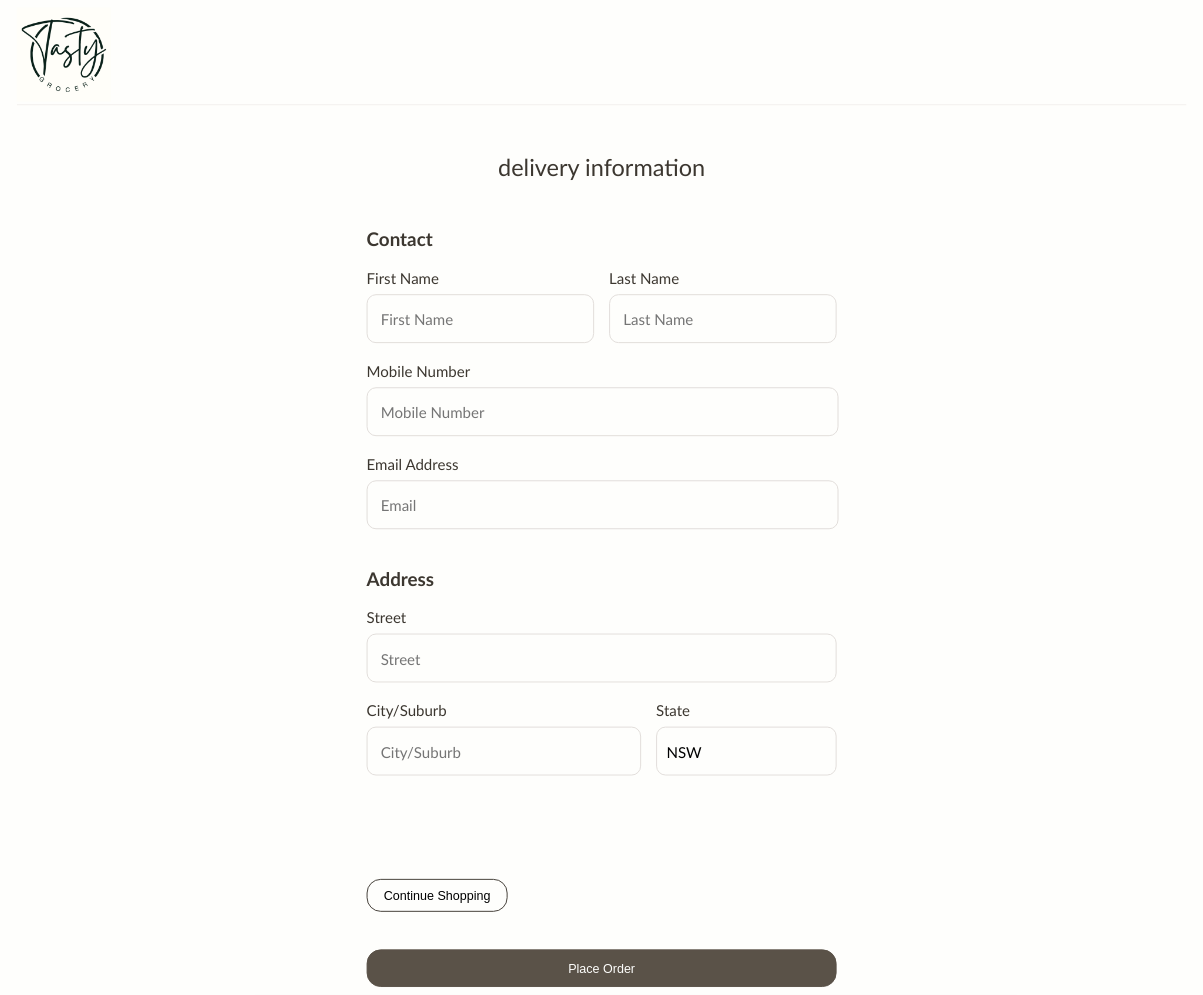
Repository: hxycindyhxy/TastyGrocery
Page: http://localhost/delivery.php
The author's editor kept a record of every edit. The page is drawn from the files as they stood at one moment, then again after the next edit.
The browser window is 1280 px wide. The pictures show the whole page, at 94% of full size.
The page is run by PHP 8.4 with error messages shown; the project is at /var/www/html/.

Above is the page before.
Console error: SyntaxError: missing ) after argument list

### delivery.php
<!DOCTYPE html>
<html lang="en">
<head>
  <meta charset="UTF-8">
  <meta name="viewport" content="width=device-width, initial-scale=1.0">
  <title>Tasty Grocery</title>
  <link rel="stylesheet" href="style.css">
</head>
<body>
  <header>
    <a href="index.php" id="logo-button">
      <img src="img/Tasty.png" alt="Logo">
    </a>
  </header>
  <div class="border-title">
    <div class="delivery-title">
      delivery information
    </div>
  </div>
  <div class="form-container">
    <div id="delivery-info-form">
      <div id="info-recipient">
        <div class="delivery-subtitle">
          Contact
        </div>
        <div class="name-input-container">
          <div id="first-name-block" class="input-vertical">
            <div class="sub-sub-title">First Name</div>
            <input type="text" placeholder="&nbsp;First Name" name="first-name" id="first-name-input">
            <div id="first-name-alert"></div>
          </div>
          <div id="last-name-block" class="input-vertical">
            <div class="sub-sub-title">Last Name</div>
            <input type="text" placeholder="&nbsp;Last Name" name="last-name" id="last-name-input">
            <div id="last-name-alert"></div>
          </div>
        </div>
        <div id="mobile-number-input-container" class="input-vertical">
          <div class="sub-sub-title">Mobile Number</div>
          <input type="text" placeholder="&nbsp;Mobile Number" name="mobile-number" id="mobile-input">
          <div id="mobile-alert"></div>
        </div>
        <div id="email-input-container" class="input-vertical">
          <div class="sub-sub-title">Email Address</div>
          <input id="email-input" type="text" placeholder="&nbsp;Email">
          <div id="email-alert"></div>
        </div>
      </div>
      <div id="info-address">
        <div class="delivery-subtitle">
          Address
        </div>
        <div id="street-container" class="input-vertical">
          <div class="sub-sub-title">Street</div>
          <input type="text" placeholder="&nbsp;Street" name="street" id="address-input">
          <div id="street-alert"></div>
        </div>
        <div class="more-address-container">
          <div id="city-block" class="input-vertical">
            <div class="sub-sub-title">City/Suburb</div>
            <input type="text" placeholder="&nbsp;City/Suburb" name="city-or-suburb" id="city-input">
            <div id="city-alert"></div>
          </div>
          <div id="state-block" class="input-vertical">
            <div class="sub-sub-title">State</div>
            <select id="state-option" name="state">
              <option>NSW</option>
              <option>VIC</option>
              <option>QLD</option>
              <option>WA</option>
              <option>SA</option>
              <option>TAS</option>
              <option>ACT</option>
              <option>NT</option>
              <option>Others</option>
            </select>
          </div>
        </div>
      </div>
      <div id="validation"></div>
      <div class="order-container">
        <button id="takeBackBtn" class="continue-shopping-btn" onclick="window.location.href='index.php'">
          Continue Shopping
        </button>
        <button id="place-order-btn">
          Place Order
        </button>
      </div>
    </div>
  </div>

  <script src="delivery.js"></script>
</body>
</html>

### style.css

/* body */
body {
  background-color: #fefefc;
  padding-left: 10px;
  padding-right: 10px;s
  display: flex;
  justify-content: center;
  flex-direction: column;
  font-family:'Trebuchet MS', 'Lucida Sans Unicode', 'Lucida Grande', 'Lucida Sans', Arial, sans-serif;
  color: rgb(60, 55, 48);
}

/* header */
header {
  display: flex;
  flex-direction: row;
  align-items: center;
  justify-content: space-between;
}

/* logo button */
#logo-button {
  border:none;
  padding: none;
  background: none;
  cursor: pointer;
}

#logo-button img {
  height: 10vh;
  min-height: 100px;
}

/* shopping cart */
#cart-btn {
  border:none;
  padding: none;
  background: none;
  cursor: pointer;
}

#cart-btn img{
  height: 3vh;
  min-height: 30px;
}

/* search box */
#search-box {
  background-color: rgb(242, 239, 236);
  width: 40vw;
  height: 35px;
  border-radius: 15px;
}

#search-box form {
  width: 40vw;
  display: flex;
  flex-direction: row;
  align-items: center;
  justify-content: space-around;
}

#search-box input {
  all: unset;
  border:none;
  background-color: rgb(242, 239, 236);
  height: 25px;
  width: 30vw;
  padding-top: 4px;
  padding-left: 5px;
  border-radius: 15px;
}

#search-box button {
  border:none;
  padding: none;
  background: none;
  cursor: pointer;
}

#search-box button img {
  padding-top: 6px;
  height: 20px;
}

/* navigation bar */
#nav-bar {
  border-width: 1px 0 0 0;
  border-color: rgb(242, 239, 236);
  border-style: solid;
  justify-content:center;
  display: flex;
  flex-direction: row;
}

.catogory {
  margin: 10px 40px 10px 40px;
  font-size: 16px;
}

.catogory a {
  all: unset;
  border:none;
  padding: none;
  background: none;
  cursor: pointer;
}

.catogory a:hover {
  color: rgb(81, 135, 81);
  text-decoration: underline;
}

.sub-cat {
  color: rgb(81, 135, 81);
  position: absolute;
  display: none;
  flex-direction: column;

  padding-top: 16px;
  width: 150px;
}

.sub-cat a {
  padding-right: 20px;
  padding-bottom: 10px;
}

.catogory:hover .sub-cat {
  display: flex;
}

/* display item */
#grid-container {
  display: grid;
  grid-template-columns: 1fr 1fr 1fr 1fr; /* 4 equal columns */
  gap: 10px; /* Space between grid items */
  padding: 10px;
  margin: 80px 100px 0 100px;

  max-width: 1200px;
  margin-left: auto;
  margin-right: auto;
}

.grid-item {
  text-align: center;
  margin: 0 1vw 60px 1vw;
}

.image-container {
  background:rgb(242, 239, 236);
  padding: 8%;
  align-items: center;
  justify-content: center;
}

.image-container:hover {
  background-color: rgb(230, 208, 187);
}

.grid-item img {
  max-width: 80%;
  object-fit: contain;
}

.item-details {
  display: flex;
  flex-direction: column;
  justify-content: left;
  text-align:left;
  margin: 10px 0 0 0;
}

.item-name {
  font-size: 18px;
  margin-bottom: 15px;
}

.item-price {
  font-size: 15px;
  margin-bottom: 2px;
  color: rgb(113, 107, 100);
}

.item-unit {
  font-size: 15px;
  margin-bottom: 2px;
  color: rgb(113, 107, 100);
}

.item-stock-status {
  font-size: 15px;
  color: rgb(113, 107, 100);
}

.add-button {
  margin-top: 18px;
  width: 100%;
  height: 30px;

  border:none;
  border-style: solid;
  border-radius: 15px;
  border-width: 1px;
  border-color: rgb(60, 55, 48);
  padding: none;
  background: none;
}

.add-button:hover {
  cursor: pointer;
  border:none;
  color:#fefefc;
  background-color: rgb(60, 55, 48);
}

.add-button:active {
  background-color: rgb(81, 135, 81);
}

.add-button-disabled {
  margin-top: 18px;
  width: 100%;
  height: 30px;

  border:none;
  border-style: solid;
  border-radius: 15px;
  border-width: 1px;
  border-color: rgb(211, 211, 211);
  padding: none;
  background: none;
}

.add-button:disabled {
  color: #666;
  pointer-events: none;
  opacity: 0.5;
}

/* shopping cart */
#cart-page {
  width: 100vw;
  height: 100vh;
  display: none;
  flex-direction: row;

  position: fixed;
  top: 50%;
  left: 50%;
  transform: translate(-50%, -50%);
}

.cart-page-left {
  flex:2;
  background-color: black;
  opacity: 0.4;
}

.cart-page-right {
  flex:1;
  min-width: 450px;
  background-color: #fefefc;
  display: flex;
  flex-direction: column;
}

.cart-top {
  display: flex;
  flex-direction: row;
  justify-content: space-between;
  margin: 40px 30px 0px 30px;
  flex: 1;
  align-items: center;
}

.cart-title {
  font-size: 20px;
}

#cart-close-btn {
  all: unset;
  cursor: pointer;
}

#cart-close-btn:hover {
  color: rgb(81, 135, 81);
  cursor: pointer;
}

.cart-bottom {
  flex: 1;
  margin: 30px;
  display: flex;
  justify-content: center;
}

#check-out-btn {
  width: 30vw;
  height: 40px;

  border:none;
  border-style: solid;
  border-radius: 15px;
  border-width: 1px;
  border-color: rgb(90, 82, 72);
  padding: none;
  color:#fefefc;
  background-color: rgb(90, 82, 72);
}

#check-out-btn:hover {
  cursor: pointer;
  border:none;
  color:#fefefc;
  background-color: rgb(60, 55, 48);
}

#check-out-btn:disabled {
  background-color: #ccc;
  color: #666;
  pointer-events: none;
  opacity: 0.6;
}

.cart-content {
  flex: 10;
  margin: 30px 30px 0 30px;
}

.cart-item {
  display: grid;
  grid-template-columns: 1fr 1fr 1fr 1fr 1fr;
  gap: 3px;
  padding: 5px;

  border-style: solid;
  border-width: 0 0 1px 0;
  border-color: rgb(242, 239, 236);
}

.cart-item-image img{
  width: 100%;
  margin-right: 5px;
}

.cart-item-name {
  text-align: right;
  color: rgb(113, 107, 100);
}

.cart-item-unit-price {
  text-align: right;
  margin-right: 10px;
}

.cart-item-quantity {
  text-align: right;
}

.cart-item-remove {
  text-align: right;
}

.cart-item-remove button {
  all: unset;
}

.cart-item-remove button:hover {
  background-color: rgb(242, 239, 236);
  cursor: pointer;
}

.cart-total-price-container {
  flex: 0.5;
  text-align: right;
  margin: 30px;
  display: flex;
  flex-direction: row;
  justify-content: right;
  font-size: 18px;
}

.cart-item-quantity button {
  all: unset;
  cursor: pointer;
}

.remove-all-container {
  display: flex;
  justify-content: center;
  margin: 30px;
}

.remove-one-btn img {
  width: 20px;
}

#remove-all-btn {
  width: 100px;
  height: 30px;

  border:none;
  border-style: solid;
  border-radius: 15px;
  border-width: 1px;
  border-color: rgb(90, 82, 72);
  padding: none;
  color: rgb(90, 82, 72);
  background: none;
}

#remove-all-btn:hover {
  cursor: pointer;
  border:none;
  color:#fefefc;
  background-color: rgb(90, 82, 72);
}

.cart-item-quantity .minus-btn, .cart-item-quantity .plus-btn {
  border-style: solid;
  border-width: 1px;
  border-color: rgb(90, 82, 72);
}

.minus-btn:disabled, .plus-btn:disabled {
  background-color: #ccc;
  color: #666;
  pointer-events: none;
  opacity: 0.6;
}

.cart-item-quantity .minus-btn:hover {
  cursor: pointer;
  color:#fefefc;
  background-color: rgb(90, 82, 72);
}

.cart-item-quantity .plus-btn:hover {
  cursor: pointer;
  color:#fefefc;
  background-color: rgb(90, 82, 72);
}

/* delivery page*/
.border-title {
  border-width: 1px 0 0 0;
  border-color: rgb(242, 239, 236);
  border-style: solid;

  display: flex;
  flex-direction: row;
  justify-content: center;
}

.delivery-title {
  margin: 50px;
  font-size: 25px;
}

.form-container {
  display: flex;
  justify-content: center;
}

#delivery-info-form {
  width: 500px;
}

#delivery-info-form input {
  all: unset;
  border: solid;
  border-width: 1.5px;
  border-color: rgb(224, 220, 217);
  border-radius: 10px;
  height: 50px;
  padding-left: 10px;
}

#delivery-info-form input:focus {
  border-color: rgb(90, 82, 72);
}

#state-option {
  all: unset;
  border: solid;
  border-width: 1.5px;
  border-color: rgb(224, 220, 217);
  border-radius: 10px;
  height: 50px;
  padding-left: 10px;

  align-items: center;
  color: black;
}

#state-option:focus {
  border-color: rgb(90, 82, 72);
}

.delivery-subtitle {
  font-size: 20px;
  margin-bottom: 20px;
  font-weight: bold;
}

.name-input-container, .more-address-container {
  display: flex;
  flex-direction: row;
  justify-content: space-between;
  margin-top: 20px;
}

.input-vertical {
  display: flex;
  flex-direction: column;
}

.sub-sub-title {
  margin-bottom: 8px;
}

#first-name-block input {
  width: 230px;
}

#last-name-block input {
  width: 230px;
}

#mobile-number-input-container, #email-input-container {
  margin-top: 20px;
}

#mobile-number-input-container input {
  width: 490px;
}

#email-input-container input {
  width: 490px;
}

#info-address {
  margin-top: 40px;
}

#city-block input {
  width: 280px;
}

#state-option {
  width: 180px;
}

#place-order-btn {
  width: 500px;
  height: 40px;
  margin-top: 40px;

  border:none;
  border-style: solid;
  border-radius: 15px;
  border-width: 1px;
  border-color: rgb(90, 82, 72);
  padding: none;
  color:#fefefc;
  background-color: rgb(90, 82, 72);
}

#place-order-btn:hover {
  cursor: pointer;
  border:none;
  color:#fefefc;
  background-color: rgb(60, 55, 48);
}

#place-order-btn:disabled {
  background-color: #ccc;
  color: #666;
  pointer-events: none;
  opacity: 0.6;
}

.alert-msg {
  font-size: 15px;
  color: red;
  margin-top: 3px;
}

#validation {
  justify-content: center;
  text-align: center;
  margin-top: 30px;
  color: red;
}

/* confirmation page */
.confirmation-img-container {
  display: flex;
  justify-content: center;
}

.confirmation-img-container img {
  margin-top: 10px;
  width: 70px;
  opacity: 0.6;
}

.confirm-msg {
  margin-top: 60px;
  font-size: 20px;
  text-align: center;
}

.continue-shopping {
  display: flex;
  justify-content: center;
}

.continue-shopping-btn {
  margin-top: 80px;
  width: 150px;
  height: 35px;

  border:none;
  border-style: solid;
  border-radius: 15px;
  border-width: 1px;
  border-color: rgb(60, 55, 48);
  padding: none;
  background: none;
}

.continue-shopping-btn:hover {
  cursor: pointer;
  border:none;
  color:#fefefc;
  background-color: rgb(60, 55, 48);
}

#takeBackBtn {
  justify-content: center;
  text-align: center;
  /*display: none;*/
}

#confirm-email {
  color: rgb(81, 135, 81);
}

### delivery.js
//Get All the Input Box
const emailInput = document.getElementById('email-input');
const firstNameInput = document.getElementById('first-name-input');
const lastNameInput = document.getElementById('last-name-input');
const mobileInput = document.getElementById('mobile-input');
const streetInput = document.getElementById('address-input');
const cityInput = document.getElementById('city-input');

const placeOrderBtn = document.getElementById('place-order-btn');
placeOrderBtn.disabled = true;

const takeBackBtn = document.getElementById('takeBackBtn');

let emailPass = false;
let firstNamePass = false;
let lastNamePass = false;
let mobilePass = false;
let streetPass = false;
let cityPass = false;

//Place Order Button
function changeOrderBtnStatus() {
  if ((emailPass === true) && (firstNamePass === true) && (lastNamePass === true) && (mobilePass === true) && (streetPass === true) && (cityPass === true)) {
    placeOrderBtn.disabled = false;
  } else {
    placeOrderBtn.disabled = true;
  }
}

placeOrderBtn.addEventListener('click', async () => {
  const msg = await checkStockValidation();
  console.log(msg)

  if (msg === false) {
    placeOrderBtn.style.display = "none";
    takeBackBtn.style.display = "block";
  } else {
    window.location.href = "confirmation.html";
    localStorage.removeItem('cart');
  }
});

//Update Database After Confirmation of Order
function updateDatabase() {
  const cart = JSON.parse(localStorage.getItem('cart');

  try {
    const response = await fetch('updateDatabase.php', {
      method: 'POST',
      headers: { 'Content-Type': 'application/json' },
      body: JSON.stringify({ cart })
    });
}


//Validate the Number of Stock
async function checkStockValidation() {
  try {
    const response = await fetch('validation.php');
    const data = await response.json();
    const msg = await matchItemToStock(data);
    return msg;
  } catch (error) {
    console.error('Error:', error);
  }
};

function matchItemToStock(data) {
  let validateMsgList = ""

  let cart = localStorage.getItem('cart')
  cart = JSON.parse(cart);

  for (const cartItem of cart) {
    for (let key in cartItem) {
      let productName = key;
      let quantityInCart = cartItem[key];

      const productStockData = data.find(item => item.Name === productName);
      if (quantityInCart > productStockData.StockNumber) {
        validateMsgList += `${productName} `;
      };
    }
  };
  if (validateMsgList !== "") {
    postInvalidMsg(validateMsgList);
    return false;
  } else {
    return true;
  }
}

function postInvalidMsg(validateMsgList) {
  const invalidMsgContainer = document.getElementById("validation")

  invalidMsgContainer.innerHTML = ''

  const invalidHTML = `
  <div>The following products are out of stock:</div>
  <div>${validateMsgList}</div>
  `;

  invalidMsgContainer.insertAdjacentHTML('beforeend', invalidHTML);
}


//Validate First Name
firstNameInput.addEventListener('focus', ()=> {
  const firstNameAlert = document.getElementById("first-name-alert")
  firstNameAlert.innerHTML = "";
  firstNameInput.style.borderColor = 'rgb(224, 220, 217)';
})

firstNameInput.addEventListener('blur', ()=> {
  if (firstNameInput.value === '') {
    const firstNameAlert = document.getElementById("first-name-alert")
    const alertHTML = `<div class="alert-msg">&nbsp;Enter a first name</div>`
    firstNameAlert.insertAdjacentHTML('beforeend', alertHTML);
    firstNameInput.style.borderColor = 'red';
    firstNamePass = false;
  } else {
    firstNamePass = true;
  }
  changeOrderBtnStatus()
})

//Validate Last Name
lastNameInput.addEventListener('focus', ()=> {
  const lastNameAlert = document.getElementById("last-name-alert")
  lastNameAlert.innerHTML = "";
  lastNameInput.style.borderColor = 'rgb(224, 220, 217)';
})

lastNameInput.addEventListener('blur', ()=> {
  if (lastNameInput.value === '') {
    const lastNameAlert = document.getElementById("last-name-alert")
    const alertHTML = `<div class="alert-msg">&nbsp;Enter a last name</div>`
    lastNameAlert.insertAdjacentHTML('beforeend', alertHTML);
    lastNameInput.style.borderColor = 'red';
    lastNamePass = false;
  } else {
    lastNamePass = true;
  }
  changeOrderBtnStatus()
})

//Validate Mobile Number
mobileInput.addEventListener('focus', ()=> {
  const mobileAlert = document.getElementById("mobile-alert")
  mobileAlert.innerHTML = "";
  mobileInput.style.borderColor = 'rgb(224, 220, 217)';
})

mobileInput.addEventListener('blur', () => {

  if ((mobileInput.value === '') || (mobileInput.value.length<9) || (isNaN(parseInt(mobileInput.value)) === true)) {
    const mobileAlert = document.getElementById("mobile-alert")
    const alertHTML = `<div class="alert-msg">&nbsp;Enter a valid mobile number</div>`
    mobileAlert.insertAdjacentHTML('beforeend', alertHTML);
    mobileInput.style.borderColor = 'red';
    mobilePass = false;
  } else {
    mobilePass = true;
  }
   changeOrderBtnStatus()
})


//Validate Email
let emailAddress = ""

function checkEmailPattern(email) {
  const emailRegex = /^[a-zA-Z0-9._%+-]+@[a-zA-Z0-9.-]+\.[a-zA-Z]{2,}$/;
  return emailRegex.test(email);
}

emailInput.addEventListener('focus', ()=> {
  const emailAlert = document.getElementById("email-alert")
  emailAlert.innerHTML = "";
  emailInput.style.borderColor = 'rgb(224, 220, 217)';
})

emailInput.addEventListener('blur', () => {
  if ((emailInput.value === '') || (checkEmailPattern(emailInput.value) === false)) {
    const emailAlert = document.getElementById("email-alert")
    const alertHTML = `<div class="alert-msg">&nbsp;Enter a valid email</div>`
    emailAlert.insertAdjacentHTML('beforeend', alertHTML);
    emailInput.style.borderColor = 'red';
    emailPass = false;
  } else {
    emailPass = true;
    emailAddress = emailInput.value
    localStorage.setItem('email', emailAddress)
  }
   changeOrderBtnStatus()
})


//Validate Street
streetInput.addEventListener('focus', ()=> {
  const streetAlert = document.getElementById("street-alert")
  streetAlert.innerHTML = "";
  streetInput.style.borderColor = 'rgb(224, 220, 217)';
})

streetInput.addEventListener('blur', ()=> {
  if (streetInput.value === '') {
    const streetAlert = document.getElementById("street-alert")
    const alertHTML = `<div class="alert-msg">&nbsp;Enter an address</div>`
    streetAlert.insertAdjacentHTML('beforeend', alertHTML);
    streetInput.style.borderColor = 'red';
    streetPass = false;
  } else {
    streetPass = true;
  }
  changeOrderBtnStatus()
})

//Validate City
cityInput.addEventListener('focus', ()=> {
  const cityAlert = document.getElementById("city-alert")
  cityAlert.innerHTML = "";
  cityInput.style.borderColor = 'rgb(224, 220, 217)';
})

cityInput.addEventListener('blur', ()=> {
  if (cityInput.value === '') {
    const cityAlert = document.getElementById("city-alert")
    const alertHTML = `<div class="alert-msg">&nbsp;Enter a city/suburb</div>`
    cityAlert.insertAdjacentHTML('beforeend', alertHTML);
    cityInput.style.borderColor = 'red';
    cityPass = false;
  } else {
    cityPass = true;
  }
  changeOrderBtnStatus()
})

After the next edit:
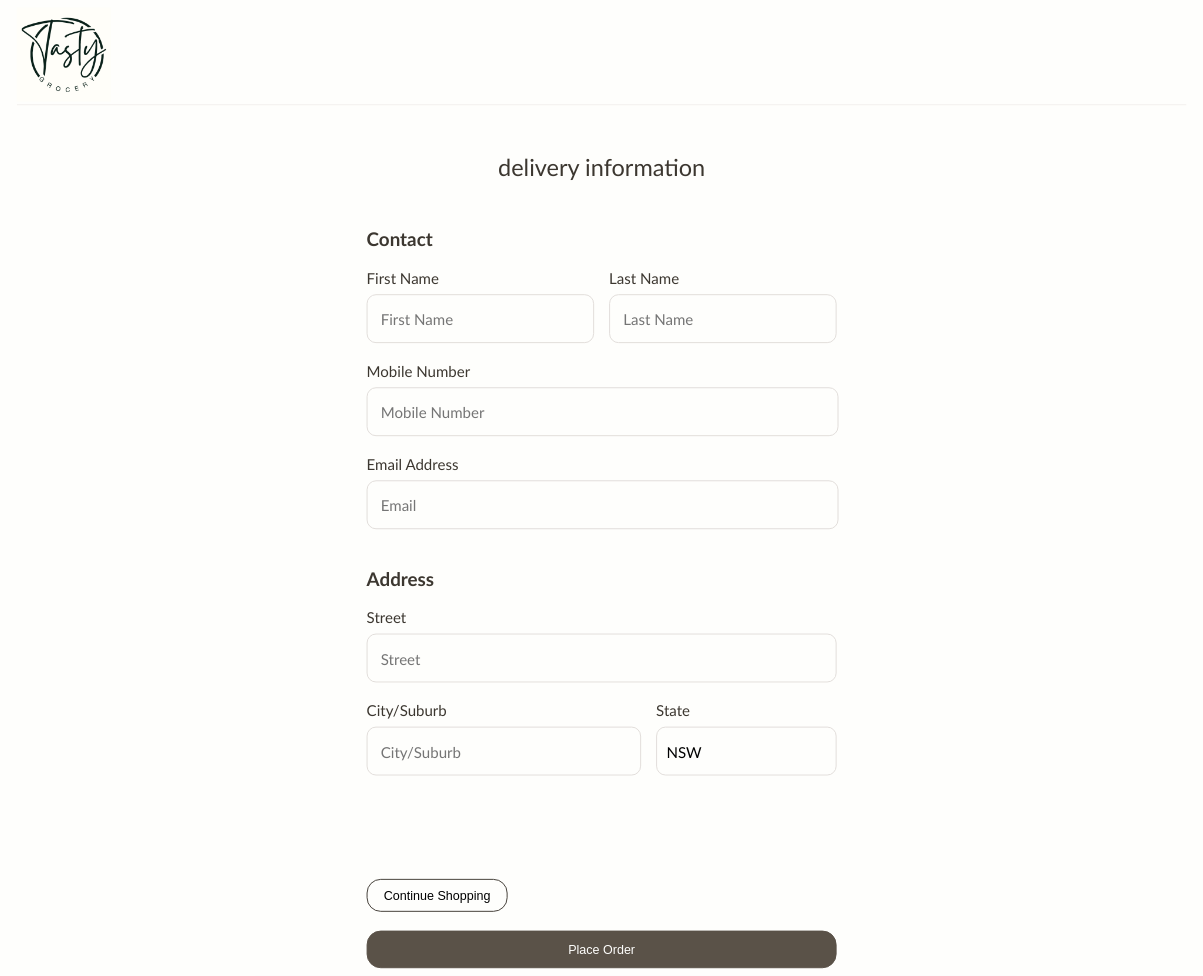
The edit:
--- a/style.css
+++ b/style.css
@@ -557,7 +557,7 @@
 #place-order-btn {
   width: 500px;
   height: 40px;
-  margin-top: 40px;
+  margin-top: 20px;
 
   border:none;
   border-style: solid;
